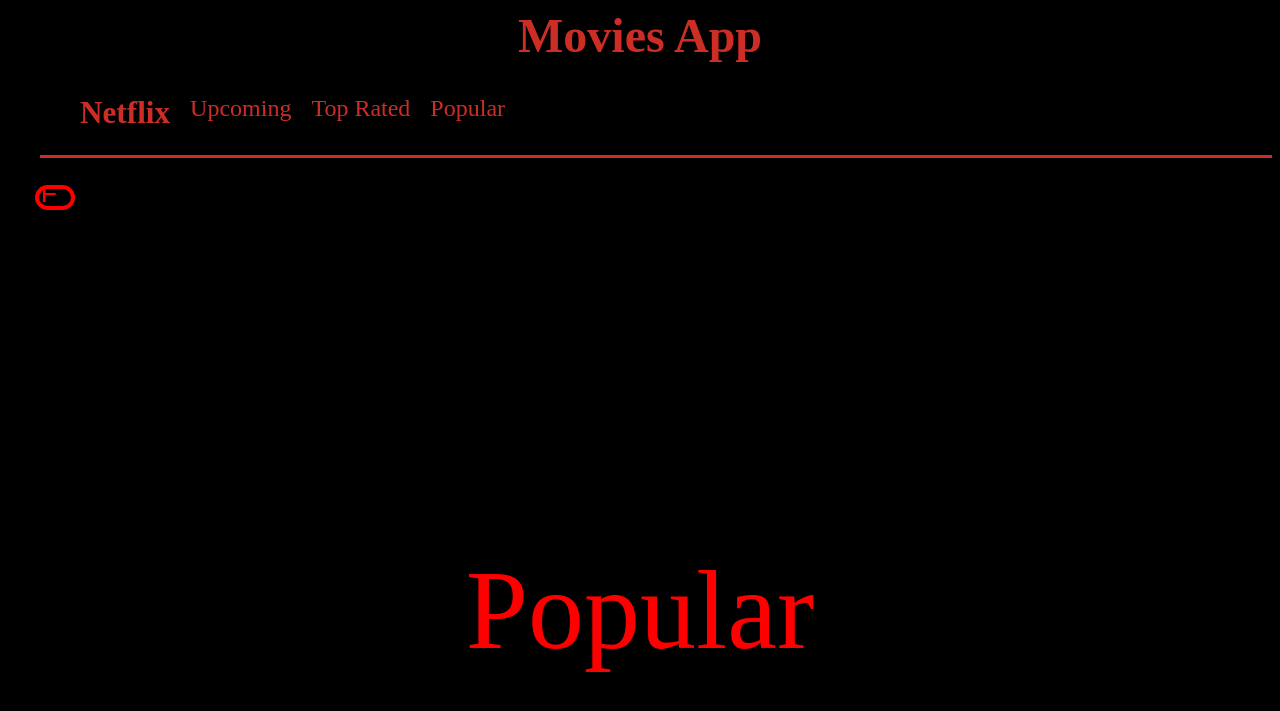
Repository: runner855/movie-app
Page: /popular
An editor plug-in stored every save of this project. The page is shown before and after the next save, followed by the edit.
The browser window is 1280 px wide. The pictures show the whole page.
The project was rebuilt for these pictures with package versions that can differ from the ones it lists, and the page was loaded fresh each time. Also part of the build but not shown: src/styles/TopRated.css, src/components/TopRated.tsx, src/styles/Upcoming.css, src/components/Upcoming.tsx.

Above is the page before, as saved 2022-11-16 17:36:40.

After the next save:
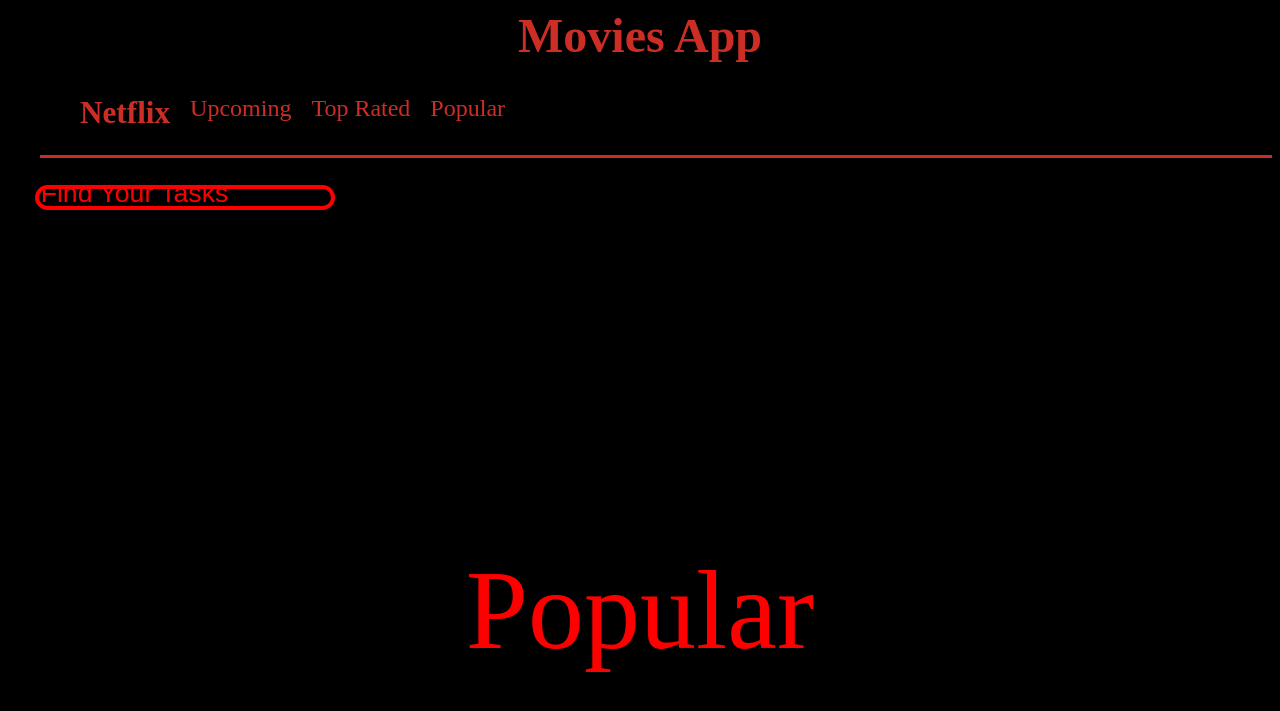
Saved 9 s later.
--- a/src/styles/MoviesFilter.css
+++ b/src/styles/MoviesFilter.css
@@ -7,7 +7,7 @@
   border: solid red 0.3em;
   border-radius: 2em;
   background-color: #0000;
-  width: 40px;
+  width: 300px;
 }
 
 input::placeholder {
